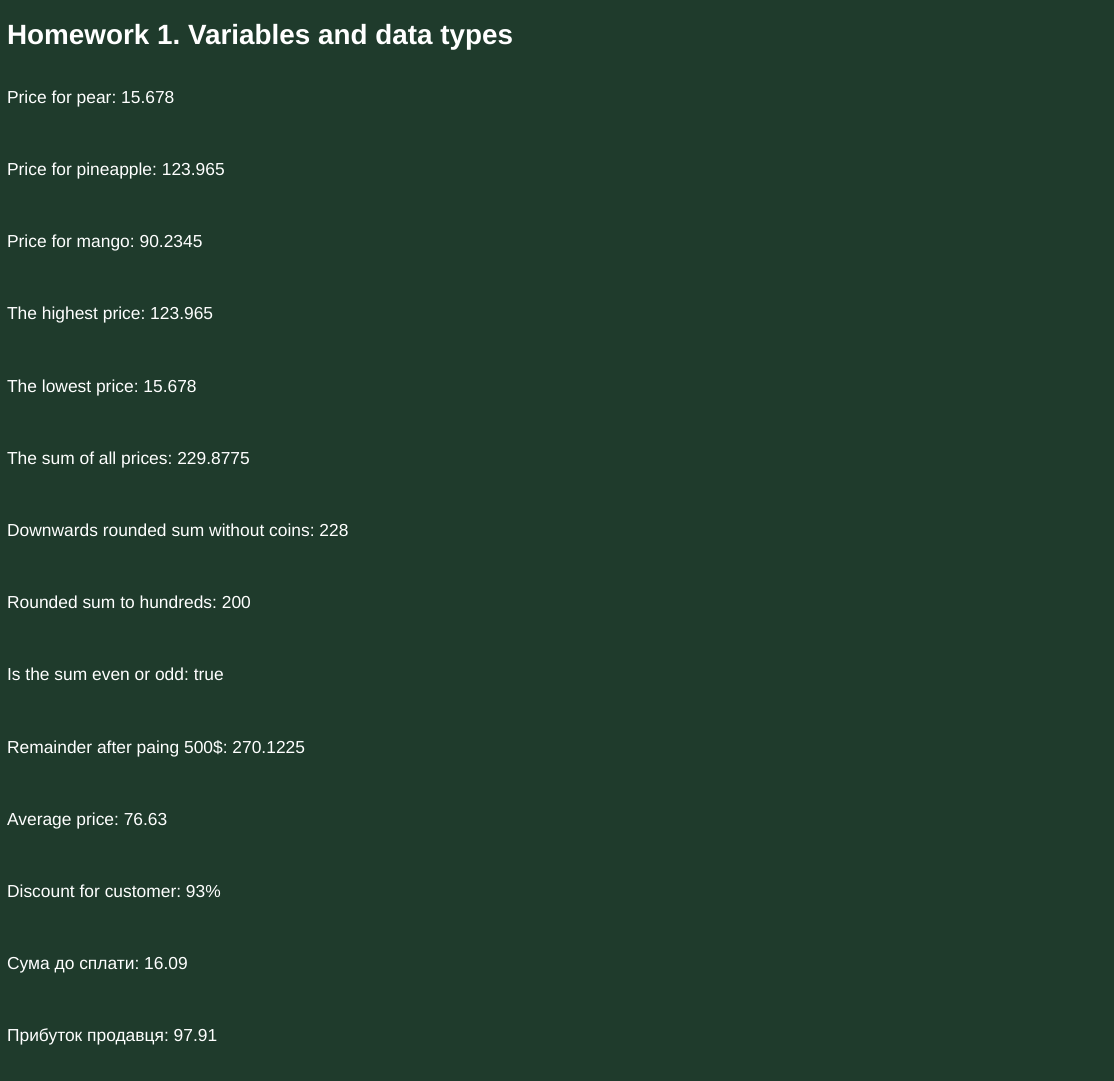
Repository: mariiastetsko/cursor-js-hw
Page: HW1/index.html
The author's editor kept a copy of each file at every save. The page is drawn from the files as they stood at one save, then again after the next save.
The browser window is 1280 px wide. The pictures show the whole page, at 87% of full size.

Above is the page before, as saved 2020-07-22 22:53:46.

After the next save:
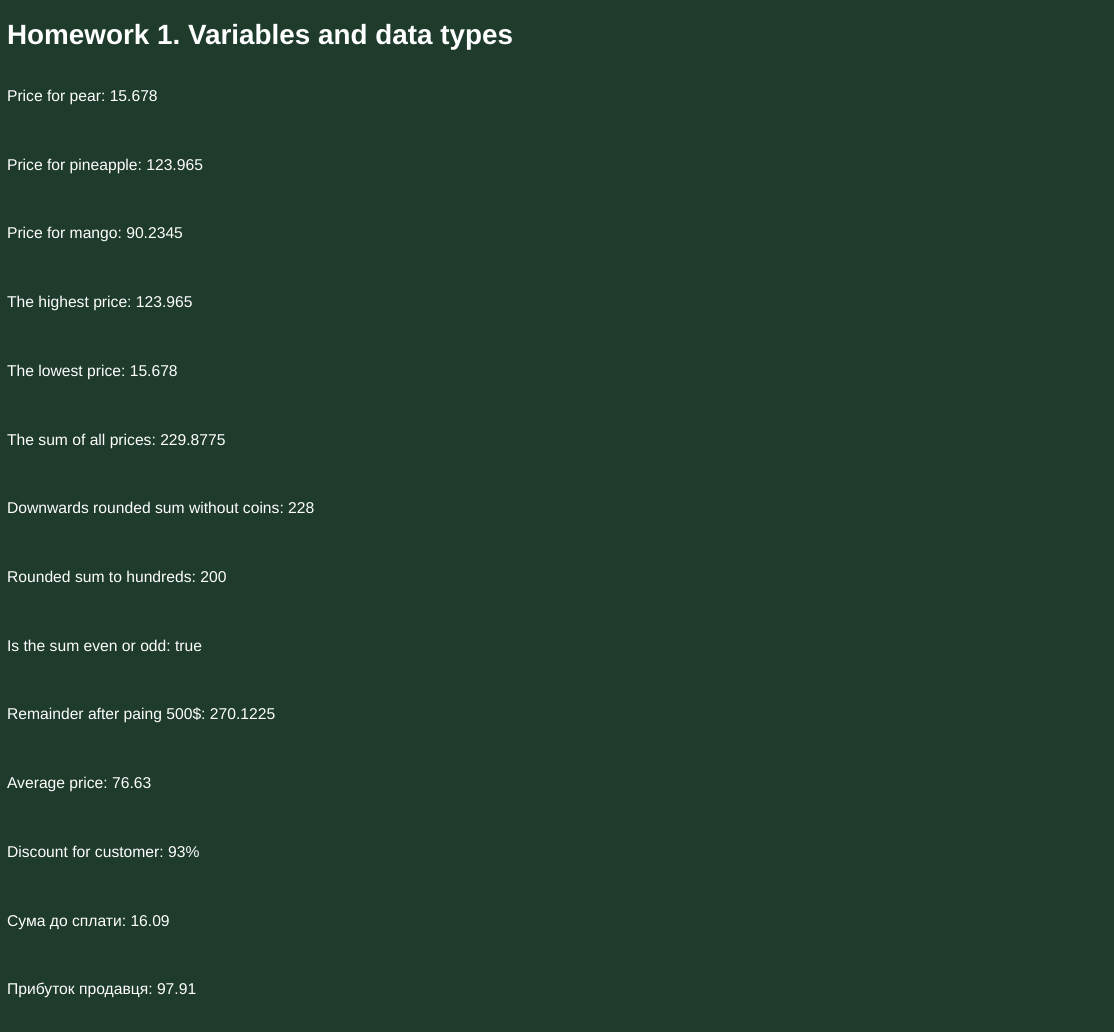
Saved 7 s later.
--- a/HW1/index.html
+++ b/HW1/index.html
@@ -9,7 +9,7 @@
     color: #fff;
 font-family: Helvetica, sans-serif;}
       p {padding: 20px 0;
-    font-size: 20px;}
+    font-size: 18px;}
     </style>
   </head>
   <body>
